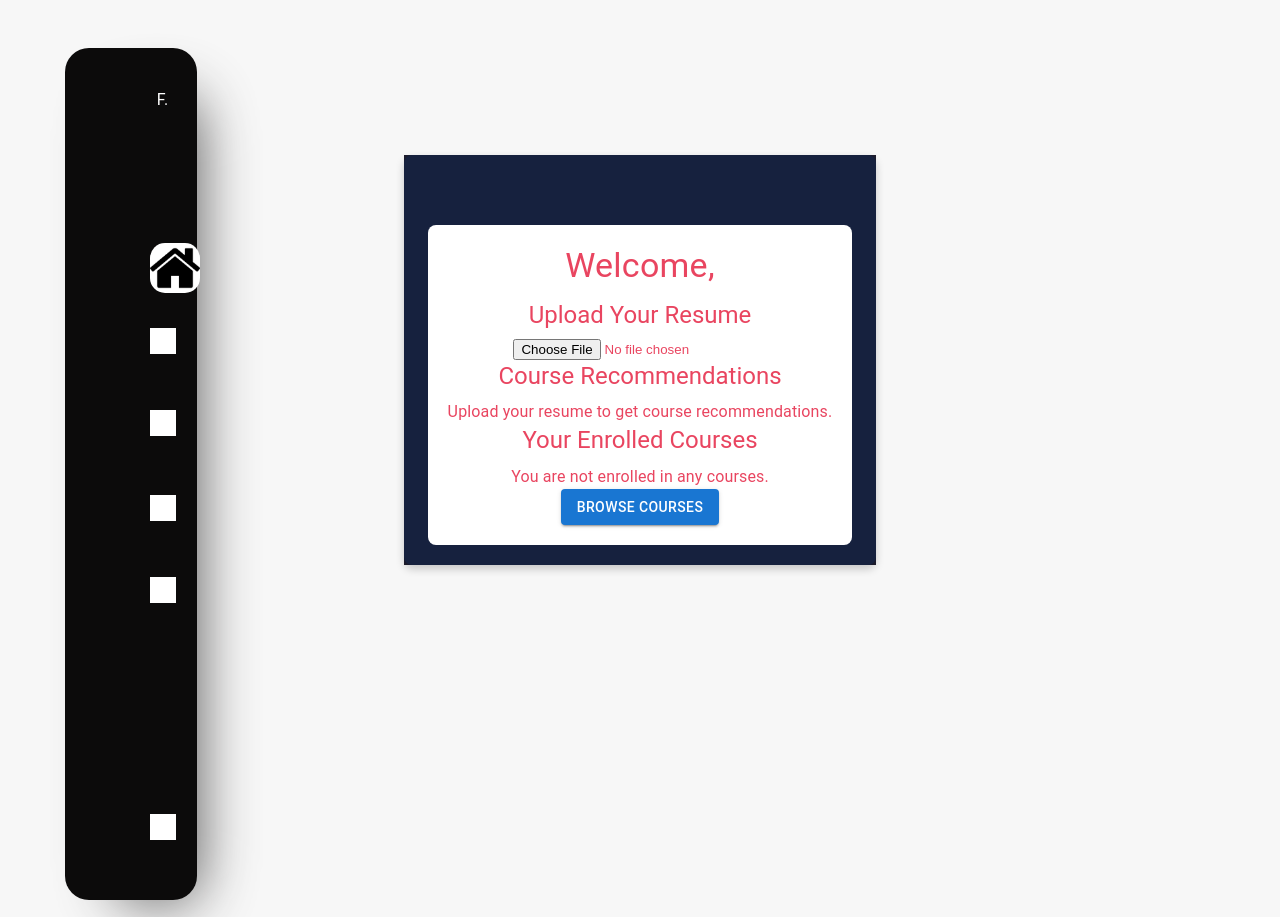
Repository: jvt2/OnlineCourseApp
Page: /dashboard
An editor plug-in stored every save of this project. The page is shown before and after the next save, followed by the edit.
The browser window is 1280 px wide. The pictures show the whole page.
The page's requests for data from a server got no answer. The project was rebuilt for these pictures with package versions that can differ from the ones it lists, and the page was loaded fresh each time. No one was signed in, and anything a server would have sent is missing. Also part of the build but not shown: src/features/auth/Register.js, src/features/auth/Login.js, src/features/courses/ResumeUpload.js, src/features/courses/CourseRecommendations.js, src/components/common/MyModal.js, src/features/courses/CourseCatalog.js, src/features/courses/CourseDetail.js, src/components/common/Navbar.js and 3 more. Imported but missing from the stored project, and not drawn on this page: src/app/reportWebVitals.

Above is the page before, as saved 2024-07-14 20:08:02.

After the next save:
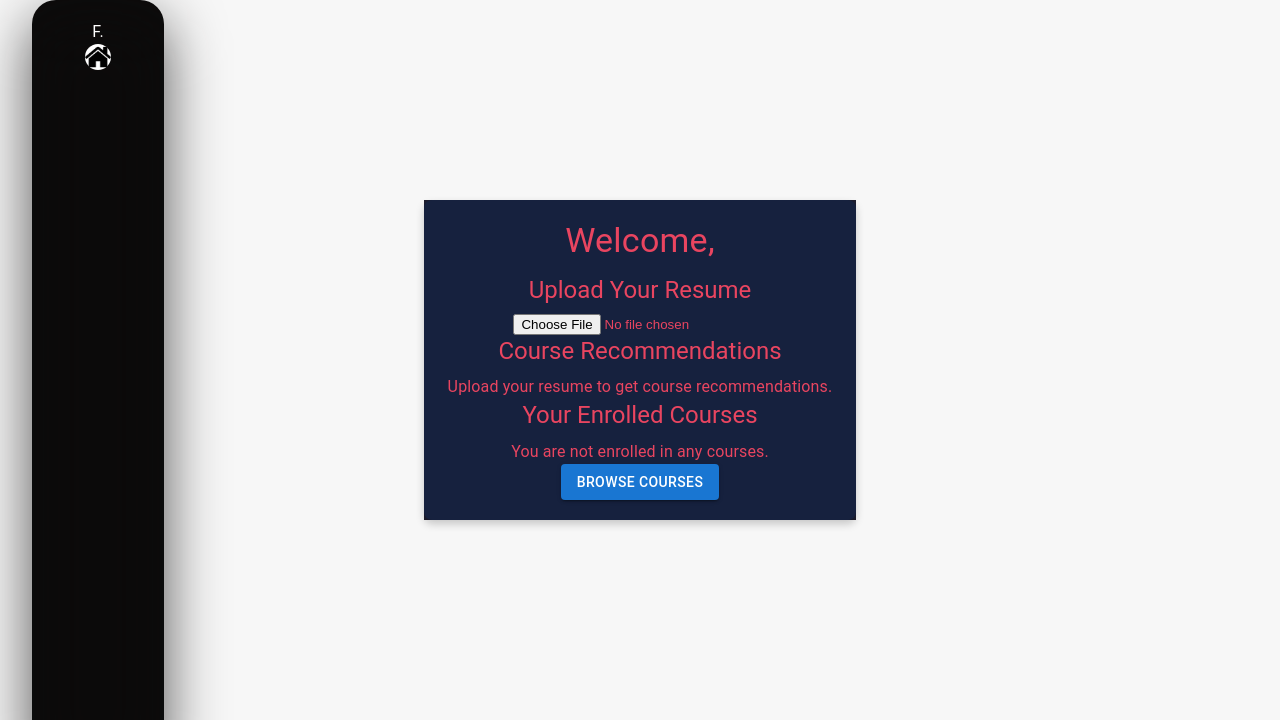
Not found: public/assets/graduation-icon.png
Not found: public/assets/logout-icon.png
Not found: public/assets/message-icon.png
Saved 2 min 16 s later.
--- a/src/features/dashboard/Dashboard.css
+++ b/src/features/dashboard/Dashboard.css
@@ -1,56 +1,38 @@
-/* Dashboard CSS */
-
-/* General styles for the dashboard */
-.dashboard-container {
-    background: #FFFFFF;
-    padding: 20px;
-    border-radius: 8px;
-    margin-top: 50px;
-    text-align: center;
-  }
-
-  /* Sidebar styles */
-  .sidebar {
-    position: absolute;
+.sidebar {
+    position: fixed;
     width: 132px;
-    height: 853.12px;
-    left: 32.34px;
-    top: 24.02px;
+    height: 100vh;
+    left: 32px;
+    top: 0;
+    background: #0C0B0B;
+    border-radius: 24px;
     display: flex;
     flex-direction: column;
     align-items: center;
-    justify-content: space-around; /* Evenly distribute space around the items */
+    justify-content: space-between; /* Adjust as needed */
     padding: 20px 0;
   }
 
   .sidebar-blur {
     position: absolute;
-    width: 81.01px;
-    height: 804px;
-    left: 83.32px;
-    top: 73.14px;
-    background: #0C0B0B;
-    opacity: 0.7;
+    width: 100%;
+    height: 100%;
+    background: rgba(12, 11, 11, 0.7);
     filter: blur(30px);
     border-radius: 24px;
+    z-index: 1;
   }
 
   .sidebar-main {
-    position: absolute;
-    width: 132px;
-    height: 852px;
-    left: 32.34px;
-    top: 24.02px;
-    background: #0C0B0B;
-    border-radius: 24px;
+    position: relative;
+    z-index: 2;
+    display: flex;
+    flex-direction: column;
+    align-items: center;
+    width: 100%;
   }
 
   .sidebar-logo {
-    position: absolute;
-    width: 47px;
-    height: 102px;
-    left: 74.46px;
-    top: 39.67px;
     font-family: 'Baloo Bhai';
     font-style: normal;
     font-weight: 400;
@@ -61,49 +43,55 @@
   }
 
   .sidebar-icon {
-    position: absolute;
+    width: 40px;
+    height: 40px;
+    display: flex;
+    align-items: center;
+    justify-content: center;
+    margin-bottom: 30px; /* Adjust as needed */
+    border-radius: 50%; /* This makes the icon container rounded */
+  }
+
+  .icon-home {
     width: 26px;
     height: 26px;
-    left: 85.15px;
-    margin-bottom: 30px; /* Adjust as needed */
-  }
-
-  .sidebar-icon.icon-home {
-    width: 50px;
-    height: 50px;
     background-image: url('/public/assets/home-icon-1.png');
-    border-radius: 30%;
-    background-position: right;
     background-size: contain;
     background-repeat: no-repeat;
-    top:22.84%;
+    background-position: center;
   }
 
   .icon-graduation {
-    top: 32.84%;
+    background-image: url('/public/assets/graduation-icon.png'); /* Example */
+    background-size: contain;
+    background-repeat: no-repeat;
     background-position: center;
   }
 
   .icon-user {
-    top: 42.46%;
+    background-image: url('/public/assets/user-icon.png'); /* Example */
+    background-size: contain;
+    background-repeat: no-repeat;
     background-position: center;
   }
 
   .icon-message {
-    top: 52.44%;
+    background-image: url('/public/assets/message-icon.png'); /* Example */
+    background-size: contain;
+    background-repeat: no-repeat;
     background-position: center;
   }
 
   .icon-settings {
-    top: 62.11%;
+    background-image: url('/public/assets/settings-icon.png'); /* Example */
+    background-size: contain;
+    background-repeat: no-repeat;
+    background-position: center;
   }
 
   .icon-logout {
-    top: 89.95%;
+    background-image: url('/public/assets/logout-icon.png'); /* Example */
+    background-size: contain;
+    background-repeat: no-repeat;
     background-position: center;
   }
-
-  .icon-background {
-    background: #FFFFFF;
-    background-position: center;
-  }
